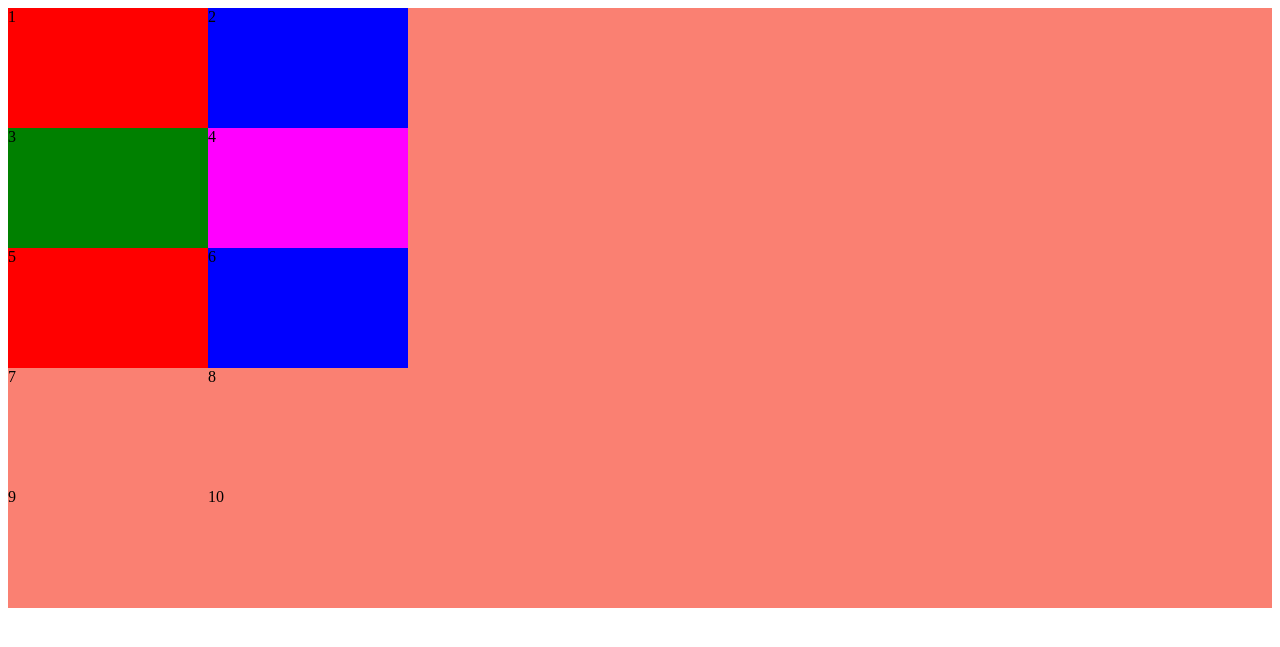
Repository: DinkarRavi/Dinkar_Coding
Page: 22aug24/grid.html
The author's editor kept a copy of each file at every save. The page is drawn from the files as they stood at one save, then again after a run of saves.
The browser window is 1280 px wide. The pictures show the whole page.

Above is the page before, as saved 2024-08-22 15:02:53.

### 22aug24/grid.html
<!DOCTYPE html>
<html lang="en">
<head>
    <meta charset="UTF-8">
    <meta name="viewport" content="width=device-width, initial-scale=1.0">
    <title>Document</title>
    <link rel="stylesheet" href="grid.css">
</head>
<body>

        <div id="parent">
        <div>1</div>
        <div>2</div>
        <div>3</div>
        <div>4</div>
        <div>5</div>
        <div>6</div>
        <div>7</div>
        <div>8</div>
        <div>9</div>
        <div>10</div>

    </div>
</body>
</html>

### 22aug24/grid.css


#parent{
border: 2px;
background-color: salmon;
height: 600px;
display: grid;
grid-template-columns: 200px 200px;
}
div{
div:nth-child(1) {
  background: red;
}
div:nth-of-type(2) {
    background: blue;
  }
  div:nth-child(3) {
    background: green;
  }
  div:nth-child(4) {
    background: magenta;
  }
  div:nth-child(5) {
    background: red;
  }
  div:nth-of-type(6) {
      background: blue;
    }
    div:nth-child(3) {
      background: green;
    }
    div:nth-child(4) {
      background: magenta;
    }
}

After the next 2 saves:
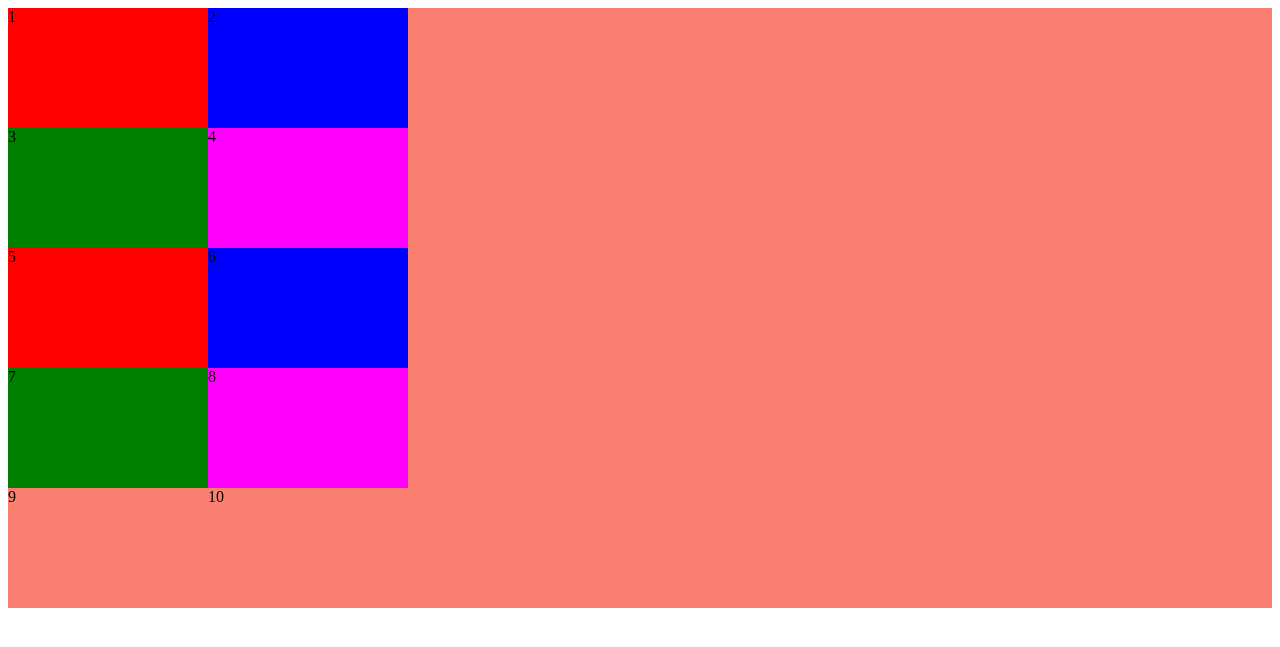
The 2 saves are shown as one change because they came seconds apart.
The last was saved 6 s later.
--- a/22aug24/grid.css
+++ b/22aug24/grid.css
@@ -26,10 +26,10 @@
   div:nth-of-type(6) {
       background: blue;
     }
-    div:nth-child(3) {
+    div:nth-child(7) {
       background: green;
     }
-    div:nth-child(4) {
+    div:nth-child(8) {
       background: magenta;
     }
 }
